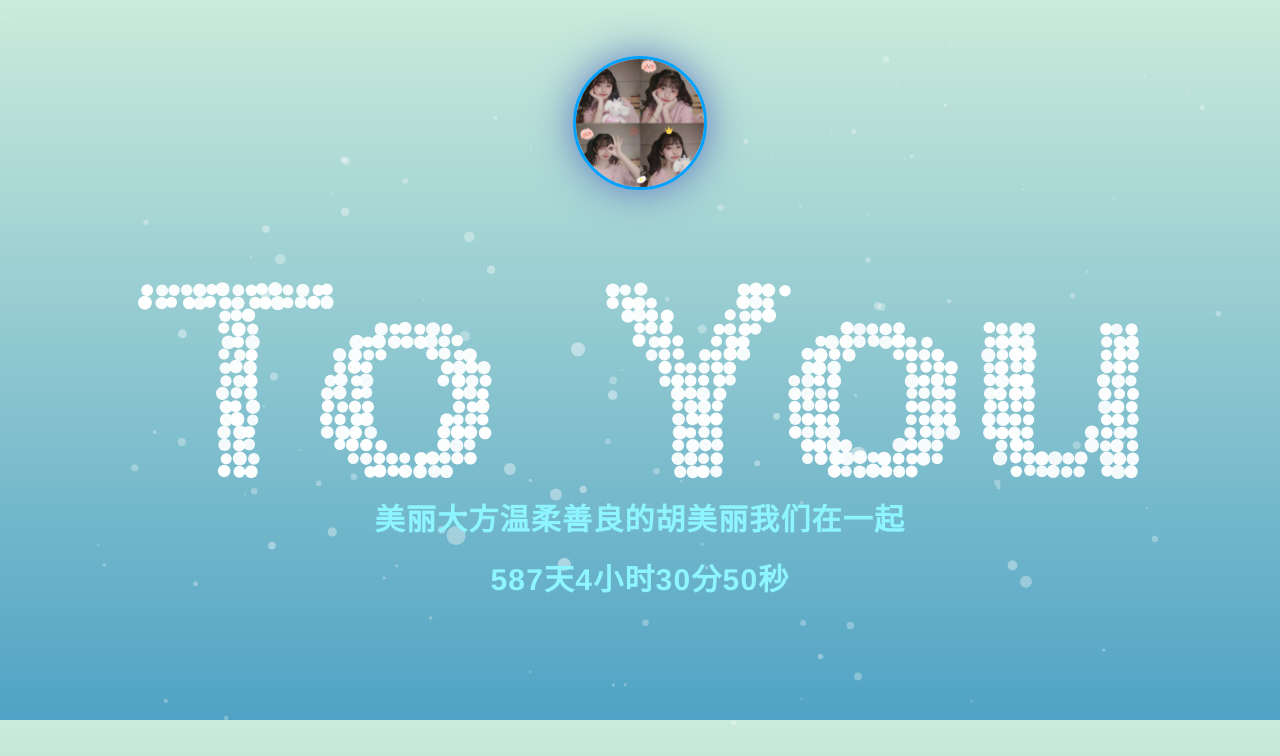
Repository: NanmeiYC/NanmeiYC.github.io
Page: humeili copy.html
An editor plug-in stored every save of this project. The page is shown before and after a run of saves, followed by the edit.
The browser window is 1280 px wide. The pictures show the whole page.

Above is the page before, as saved 2021-05-29 04:07:36.

After the next 15 saves:
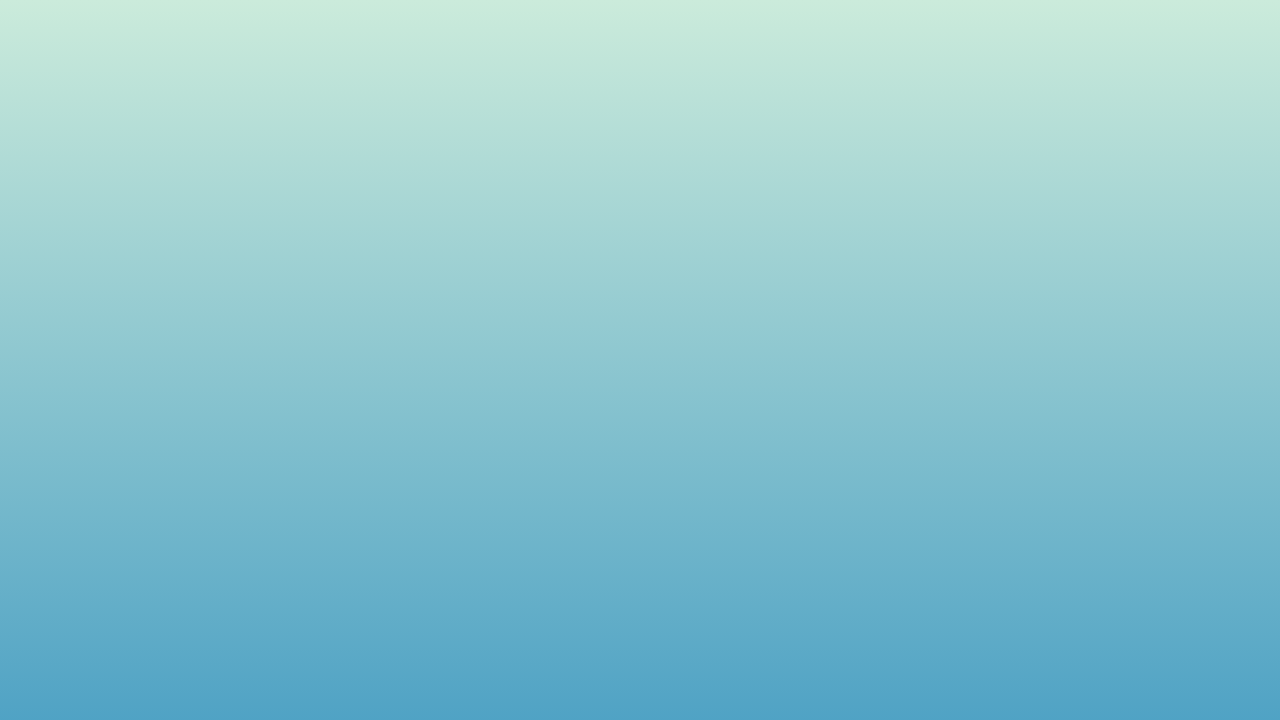
The 15 saves are shown as one change because they came seconds apart.
The last was saved 35 s later.
--- a/humeili copy.html
+++ b/humeili copy.html
@@ -98,7 +98,7 @@
 
 </head>
 <body>
-<
+<audio hidden="true" autoplay="autoplay" loop=""
 
 <body>
 <!--头像-->
